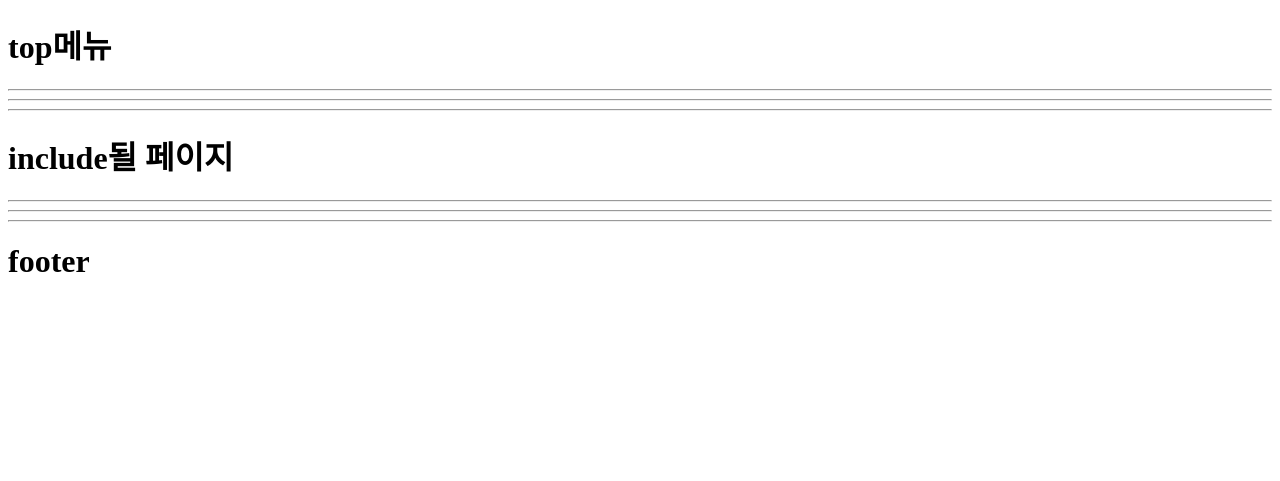
Repository: tawn0414/sts
Page: http://localhost/firstPro/jsptest/mainPage.jsp
These files come from the project's save history. The page is drawn as it stood at one moment and after the next save; the edit follows.
The browser window is 1280 px wide. The pictures show the whole page.
The page is served by Tomcat 9.

Above is the page before, as saved 2020-01-29 06:31:13.

After the next save:
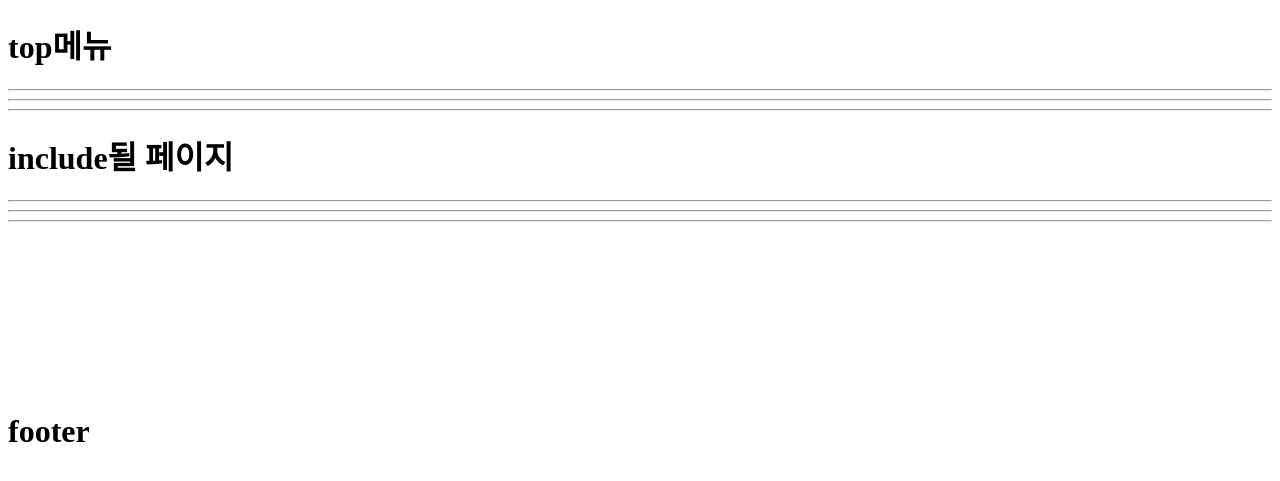
Saved 11 s later.
--- a/firstPro/src/main/webapp/jsptest/mainPage.jsp
+++ b/firstPro/src/main/webapp/jsptest/mainPage.jsp
@@ -9,7 +9,9 @@
 <body>
 	<h1>top메뉴</h1>
 	<jsp:include page="subPage.jsp"/>
-
+	<br/>
+	<br/><br/>
+	<br/><br/><br/><br/><br/><br/>
 	<h1>footer</h1>
 </body>
 </html>
